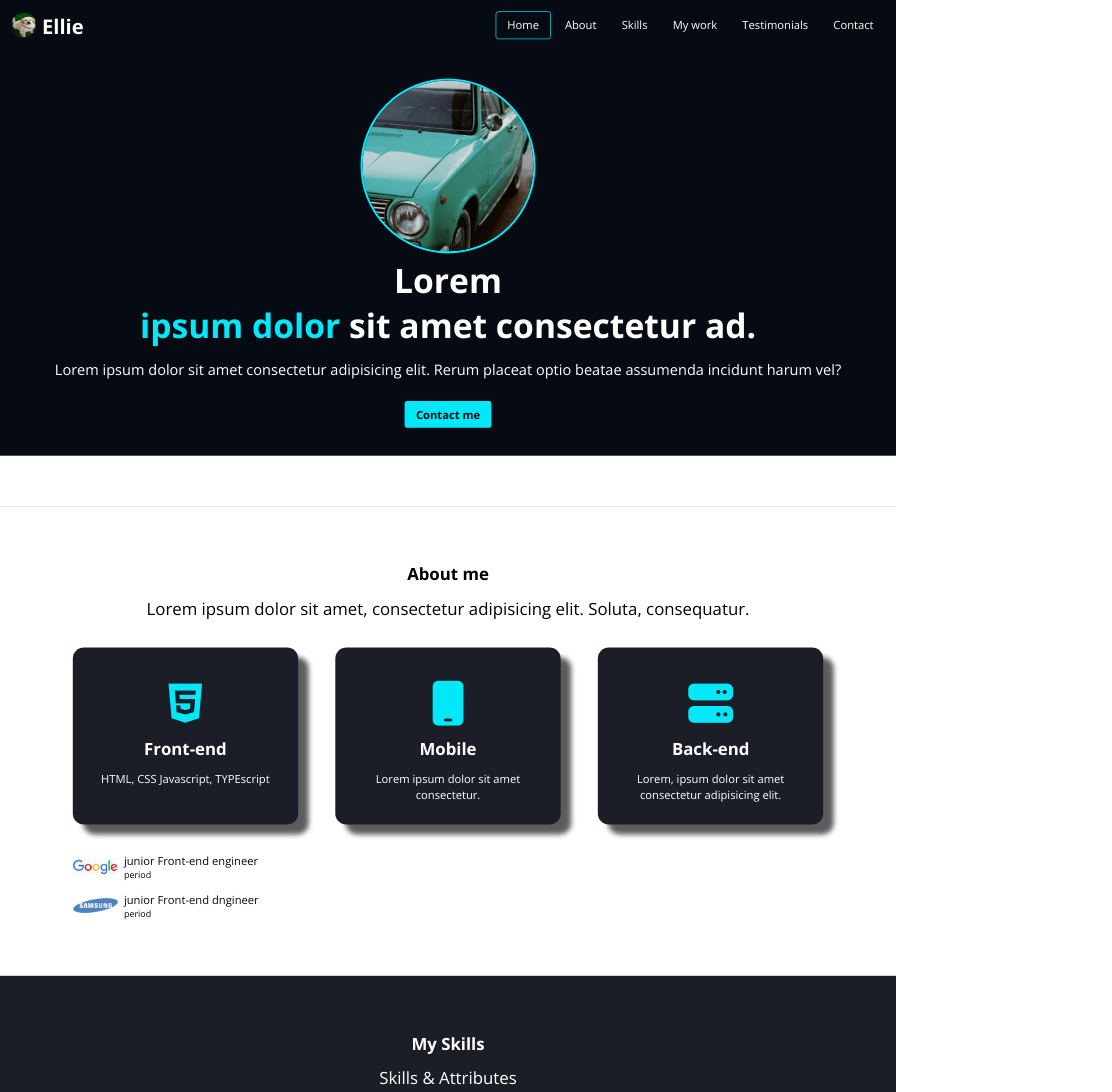
Repository: Arden-Sol/portfolio-website-clone-coding
Page: index.html
The author's editor kept a copy of each file at every save. The page is drawn from the files as they stood at one save, then again after the next save.
The browser window is 1280 px wide. The page is 1589 px wide, so the pictures cover 1589 px, including what lies to the right of the window. The pictures show the part of the page from y = 0 to 1560 px (the page is 4153 px tall), at 70% of full size.
Some web libraries are served in a nearby version.

Above is the page before, as saved 2024-04-06 23:56:38.

After the next save:
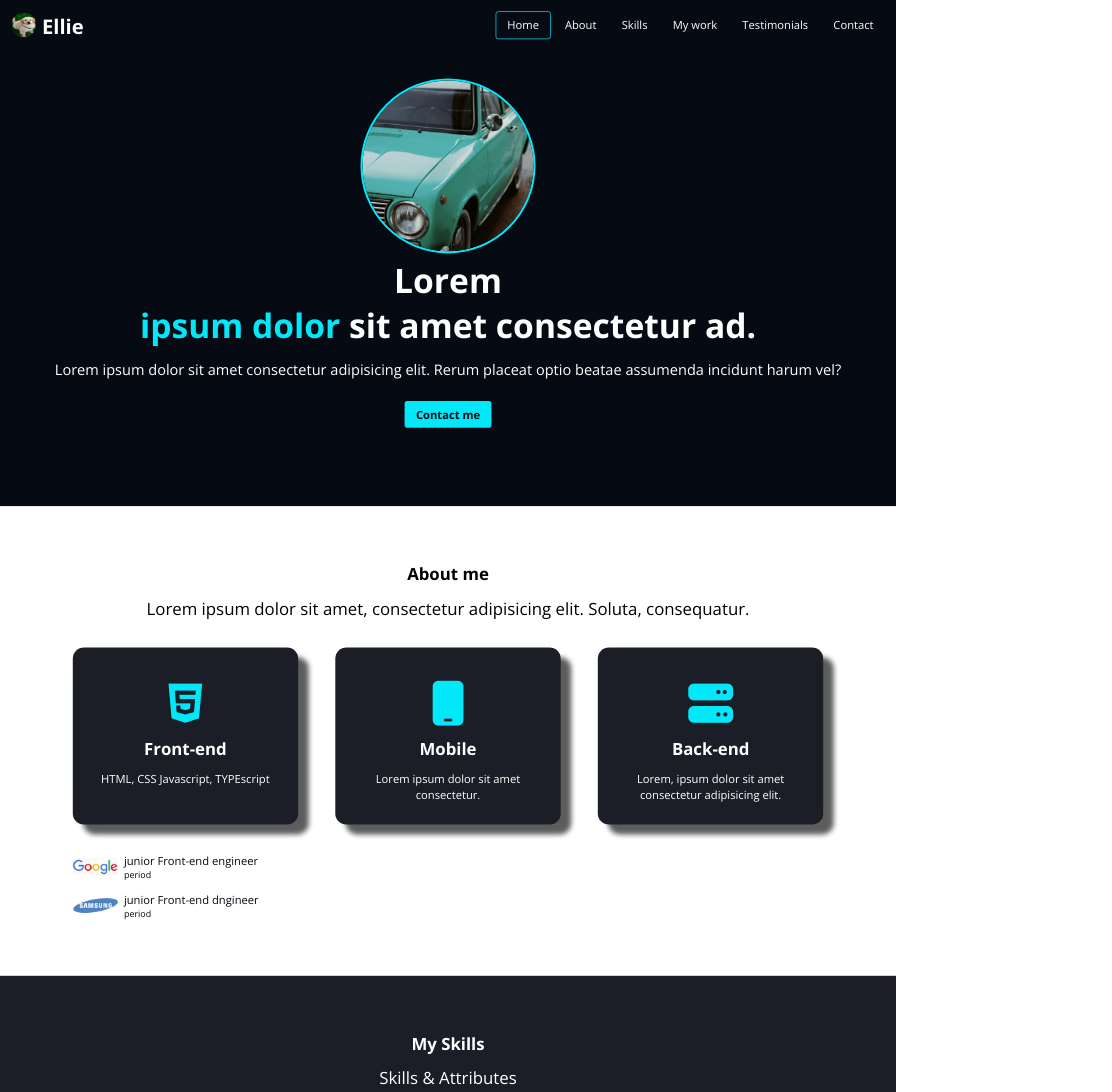
Saved 106 s later.
--- a/css/style.css
+++ b/css/style.css
@@ -19,8 +19,7 @@
 
 /* Divider */
 --divider-single-wave: url('data:[embedded picture, 341 characters]')
---divider-
---divider-
+
 }
 
 *{
